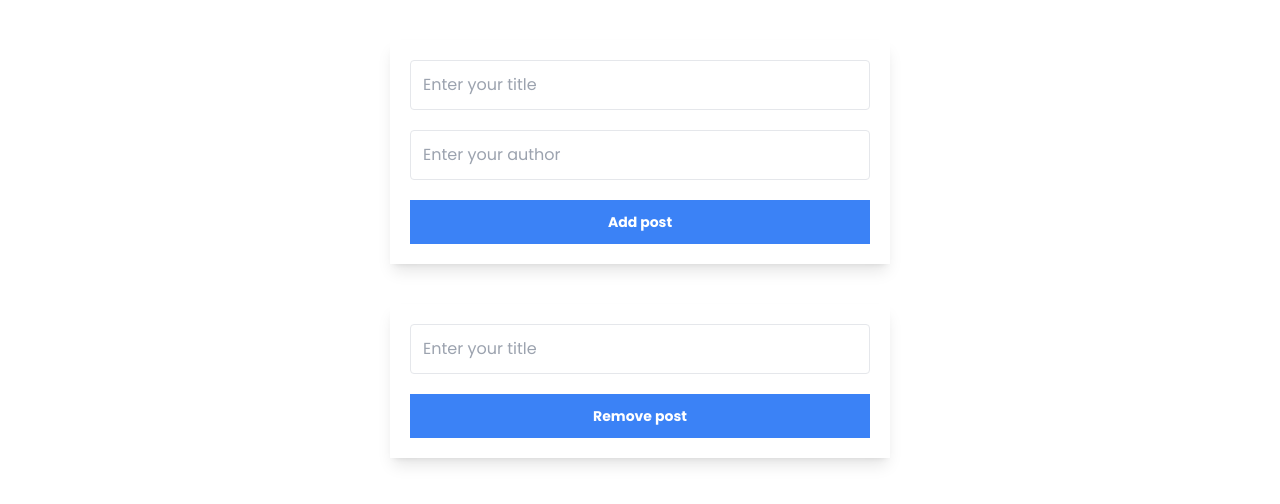
Repository: ThanhPhongsof/React-Course
Page: /
The author's editor kept a copy of each file at every save. The page is drawn from the files as they stood at one save, then again after the next save.
The browser window is 1280 px wide. The pictures show the whole page.
The page's requests for data from a server got no answer. The project was rebuilt for these pictures with package versions that can differ from the ones it lists, and the page was loaded fresh each time. No one was signed in, and anything a server would have sent is missing.

Above is the page before, as saved 2022-04-27 19:58:41.

### src/index.js
import React from "react";
import ReactDOM from "react-dom";
import App from "./App";
import reportWebVitals from "./reportWebVitals";
import "./index.scss";
import { BrowserRouter } from "react-router-dom";

// ReactDOM.render(
//   <React.StrictMode>
//     <BrowserRouter>
//       <App />
//     </BrowserRouter>
//   </React.StrictMode>,
//   document.getElementById("root")
// );

ReactDOM.render(
  <BrowserRouter>
    <App />
  </BrowserRouter>,
  document.getElementById("root")
);

// If you want to start measuring performance in your app, pass a function
// to log results (for example: reportWebVitals(console.log))
// or send to an analytics endpoint. Learn more: https://bit.ly/CRA-vitals
reportWebVitals();

### src/App.js
import React from "react";
import FirebaseApp from "./firebase/FirebaseApp";

const App = () => {
  return (
    <div>
      <FirebaseApp></FirebaseApp>
    </div>
  );
};

export default App;

### src/index.scss
@tailwind base;
@tailwind components;
@tailwind utilities;

@layer base {
  @import url("https://fonts.googleapis.com/css2?family=Poppins:wght@300;400;500;700&display=swap");
  body {
    font-family: "Poppins", sans-serif;
  }
}
.skeleton {
  background-color: #eee;
  background-image: linear-gradient(
    110deg,
    #ececec 8%,
    #f5f5f5 18%,
    #ececec 33%
  );
  background-size: 200% 100%;
  animation: 1.5s shine linear infinite;
}
@keyframes shine {
  to {
    background-position-x: -200%;
  }
}
.zoom-enter .content {
  opacity: 0;
  transform: scale(0.5);
}
.zoom-enter-active .content {
  opacity: 1;
  transform: scale(1);
}
.zoom-exit .content {
  opacity: 1;
}
.zoom-exit-active .content {
  opacity: 0;
  transform: scale(0.5);
}

// Fade

.fade-enter .tooltip {
  opacity: 0;
}
.fade-enter-active .tooltip {
  opacity: 1;
}
.fade-exit .tooltip {
  opacity: 1;
}
.fade-exit-active .tooltip {
  opacity: 0;
}

### src/firebase/FirebaseApp.js
import { collection, getDocs, addDoc, removeDoc } from "firebase/firestore";
import React, { useEffect, useState } from "react";
import { db } from "./firebase-config";

const FirebaseApp = () => {
  const colRef = collection(db, "posts");

  const [title, setTitle] = useState("");
  const [author, setAuthor] = useState("");
  const [postId, setPostId] = useState("");

  useEffect(() => {
    // 1. Get collection data (posts)
    getDocs(colRef)
      .then((snapshot) => {
        console.log(snapshot);
        let posts = [];
        snapshot.docs.forEach((doc) => {
          posts.push({
            id: doc.id,
            ...doc.data(),
          });
        });
      })
      .catch((err) => {
        console.log(err);
      });
  }, []);

  const handleAddPost = (e) => {
    e.preventDefault();
    addDoc(colRef, {
      title,
      author,
    })
      .then(() => {
        console.log("success");
      })
      .catch((err) => {
        console.log(err);
      });
  };

  const handleRemovePost = (e) => {
    e.preventDefault();
  };

  return (
    <div className="p-10">
      <div className="w-full max-w-[500px] mx-auto shadow-lg p-5 mb-10">
        <form onSubmit={handleAddPost}>
          <input
            type="text"
            name="title"
            className="w-full p-3 mb-5 border border-gray-200 rounded outline-none focus:border-blue-500"
            placeholder="Enter your title"
            onChange={(e) => setTitle(e.target.value)}
          />
          <input
            type="text"
            name="author"
            className="w-full p-3 mb-5 border border-gray-200 rounded outline-none focus:border-blue-500"
            placeholder="Enter your author"
            onChange={(e) => setAuthor(e.target.value)}
          />
          <button
            type="submit"
            className="w-full p-3 text-sm font-semibold text-white bg-blue-500"
          >
            Add post
          </button>
        </form>
      </div>
      <div className="w-full max-w-[500px] mx-auto shadow-lg p-5 mb-10">
        <form onSubmit={handleRemovePost}>
          <input
            type="text"
            name="postId"
            className="w-full p-3 mb-5 border border-gray-200 rounded outline-none focus:border-blue-500"
            placeholder="Enter your title"
            onChange={(e) => setPostId(e.target.value)}
          />
          <button
            type="submit"
            className="w-full p-3 text-sm font-semibold text-white bg-blue-500"
          >
            Remove post
          </button>
        </form>
      </div>
    </div>
  );
};

export default FirebaseApp;

### src/firebase/firebase-config.js
import { initializeApp } from "firebase/app";
import { getFirestore } from "firebase/firestore";

const firebaseConfig = {
  apiKey: "AIzaSyC355FgwykDKntB_YGE6tMUu9vuh2xR9gM",
  authDomain: "learn-firebase-14a19.firebaseapp.com",
  projectId: "learn-firebase-14a19",
  storageBucket: "learn-firebase-14a19.appspot.com",
  messagingSenderId: "687668366156",
  appId: "1:687668366156:web:1a8d11b45bd537e9fe9de9",
  measurementId: "G-VD0FPZ8499",
};

// Initialize Firebase
const app = initializeApp(firebaseConfig);

// Init services
export const db = getFirestore(app);

### tailwind.config.js
module.exports = {
  content: ["./src/**/*.{js,jsx,ts,tsx}"],
  theme: {
    extend: {
      backgroundImage: {
        "primary-gradient": `linear-gradient(
          86.88deg,
          #7d6aff 1.38%,
          #ffb86c 64.35%,
          #fc2872 119.91%
        )`,
        "secondary-gradient": `linear-gradient(86.88deg, #20e3b2, #2cccff)`,
      },
    },
  },
  plugins: [],
};

Loaded but not shown: public/index.html (common file); src/reportWebVitals.js (common file)

After the next save:
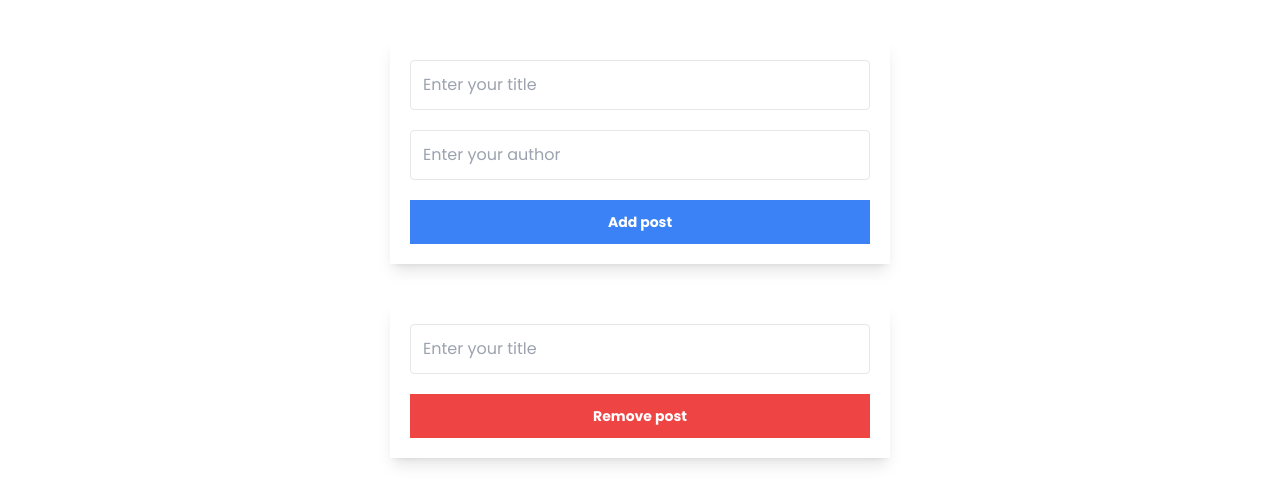
Saved 27 s later.
--- a/src/firebase/FirebaseApp.js
+++ b/src/firebase/FirebaseApp.js
@@ -82,7 +82,7 @@ const FirebaseApp = () => {
           />
           <button
             type="submit"
-            className="w-full p-3 text-sm font-semibold text-white bg-blue-500"
+            className="w-full p-3 text-sm font-semibold text-white bg-red-500"
           >
             Remove post
           </button>
